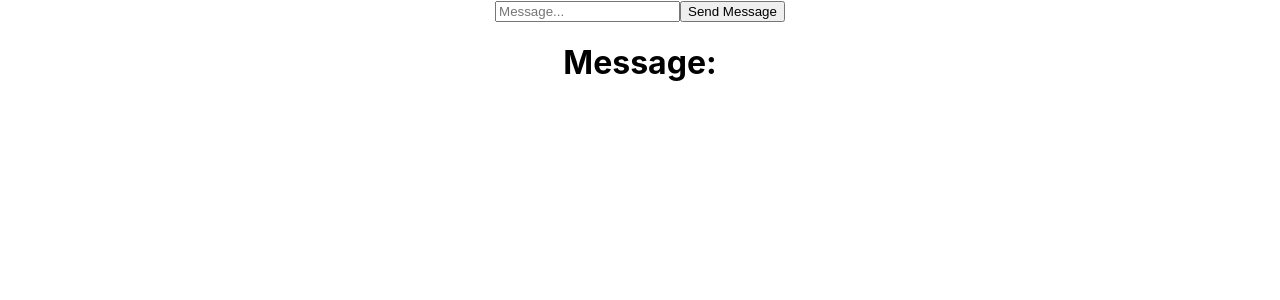
Repository: chadrackkyungu/socket-io
Page: / (app in client/)
The author's editor kept a copy of each file at every save. The page is drawn from the files as they stood at one save, then again after the next save.
The browser window is 1280 px wide. The pictures show the whole page.
The page's requests for data from a server got no answer. The project was rebuilt for these pictures with package versions that can differ from the ones it lists, and the page was loaded fresh each time. No one was signed in, and anything a server would have sent is missing.

Above is the page before, as saved 2023-02-02 15:35:48.

After the next save:
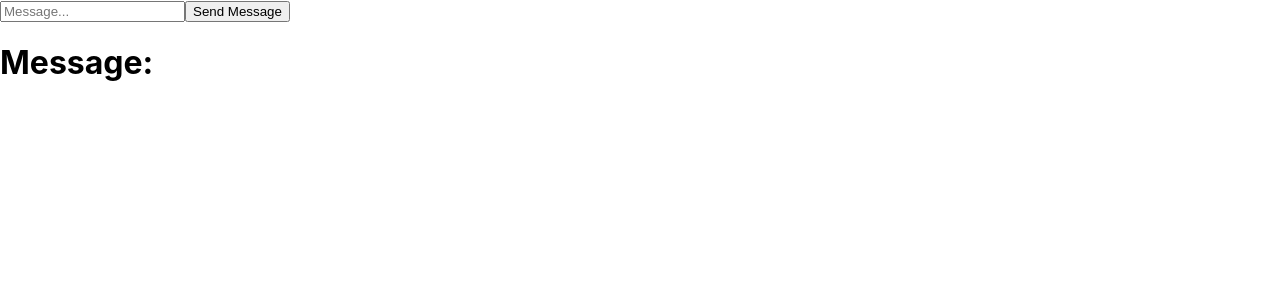
Saved 12 s later.
--- a/client/src/App.js
+++ b/client/src/App.js
@@ -1,6 +1,3 @@
-// import logo from './logo.svg';
-import './App.css';
-
 import io from "socket.io-client";
 import { useEffect, useState } from "react";
 const socket = io.connect("http://localhost:3001"); //backend URL

After the save that followed:
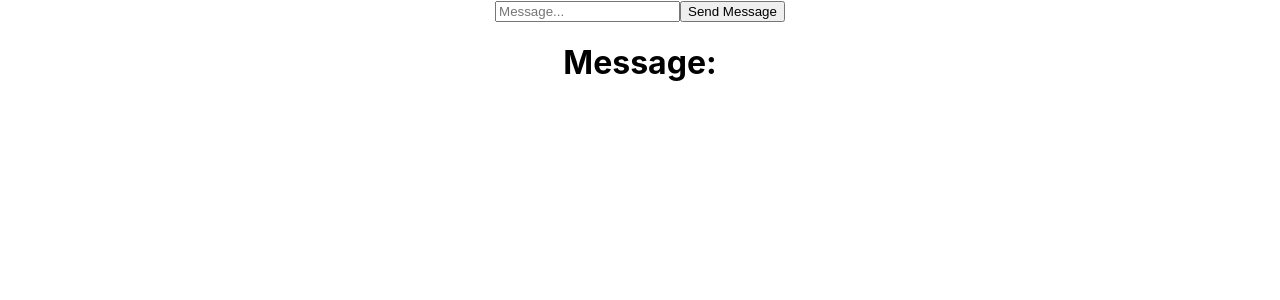
Saved 29 s later.
--- a/client/src/App.js
+++ b/client/src/App.js
@@ -1,3 +1,4 @@
+import './App.css';
 import io from "socket.io-client";
 import { useEffect, useState } from "react";
 const socket = io.connect("http://localhost:3001"); //backend URL
